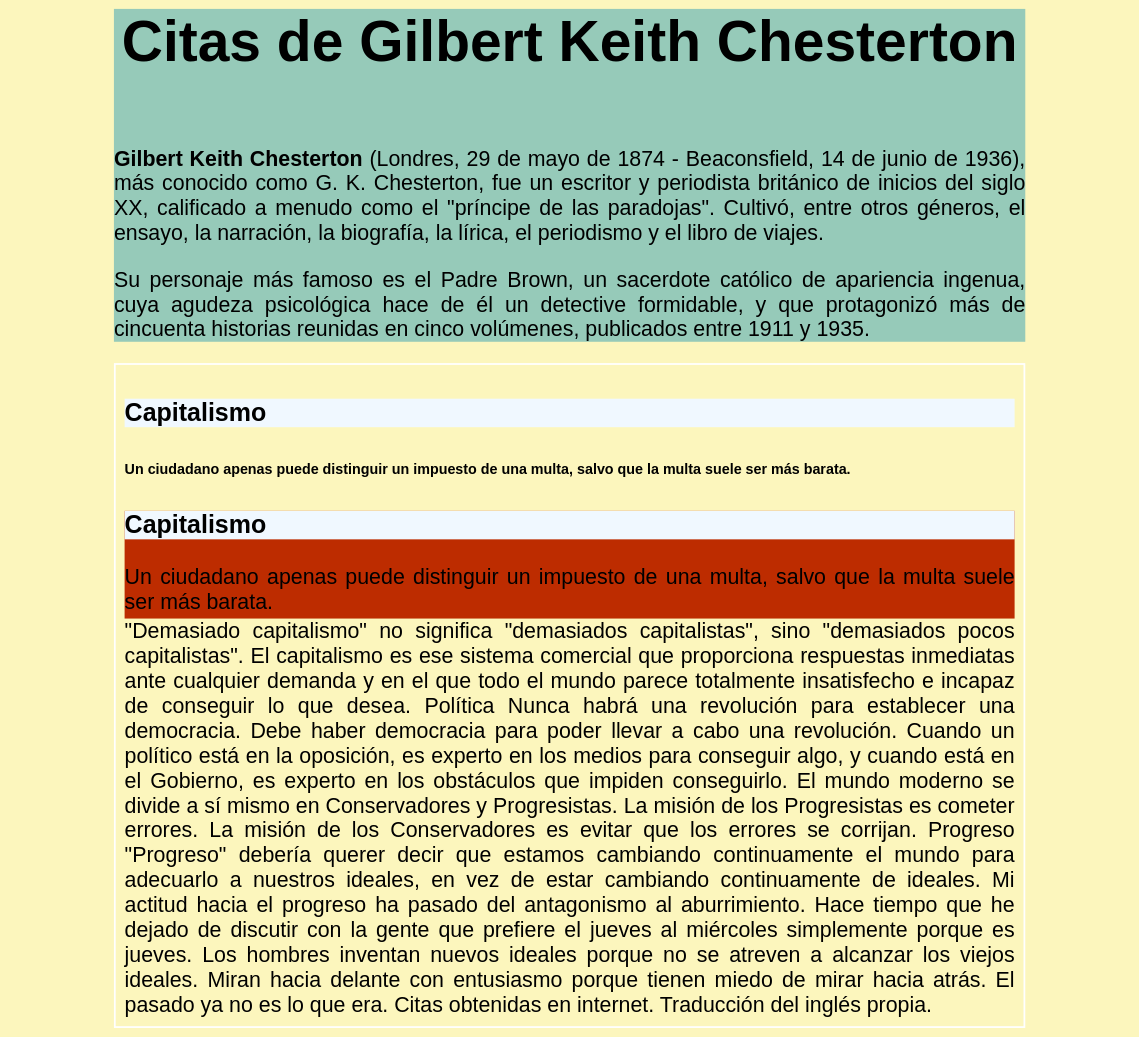
Repository: EmilyMachuca-Developer/Advanced-Programming-Projects
Page: index.html
The author's editor kept a copy of each file at every save. The page is drawn from the files as they stood at one save, then again after the next save.
The browser window is 1280 px wide. The pictures show the whole page, at 89% of full size.

Above is the page before, as saved 2024-02-26 20:30:28.

After the next save:
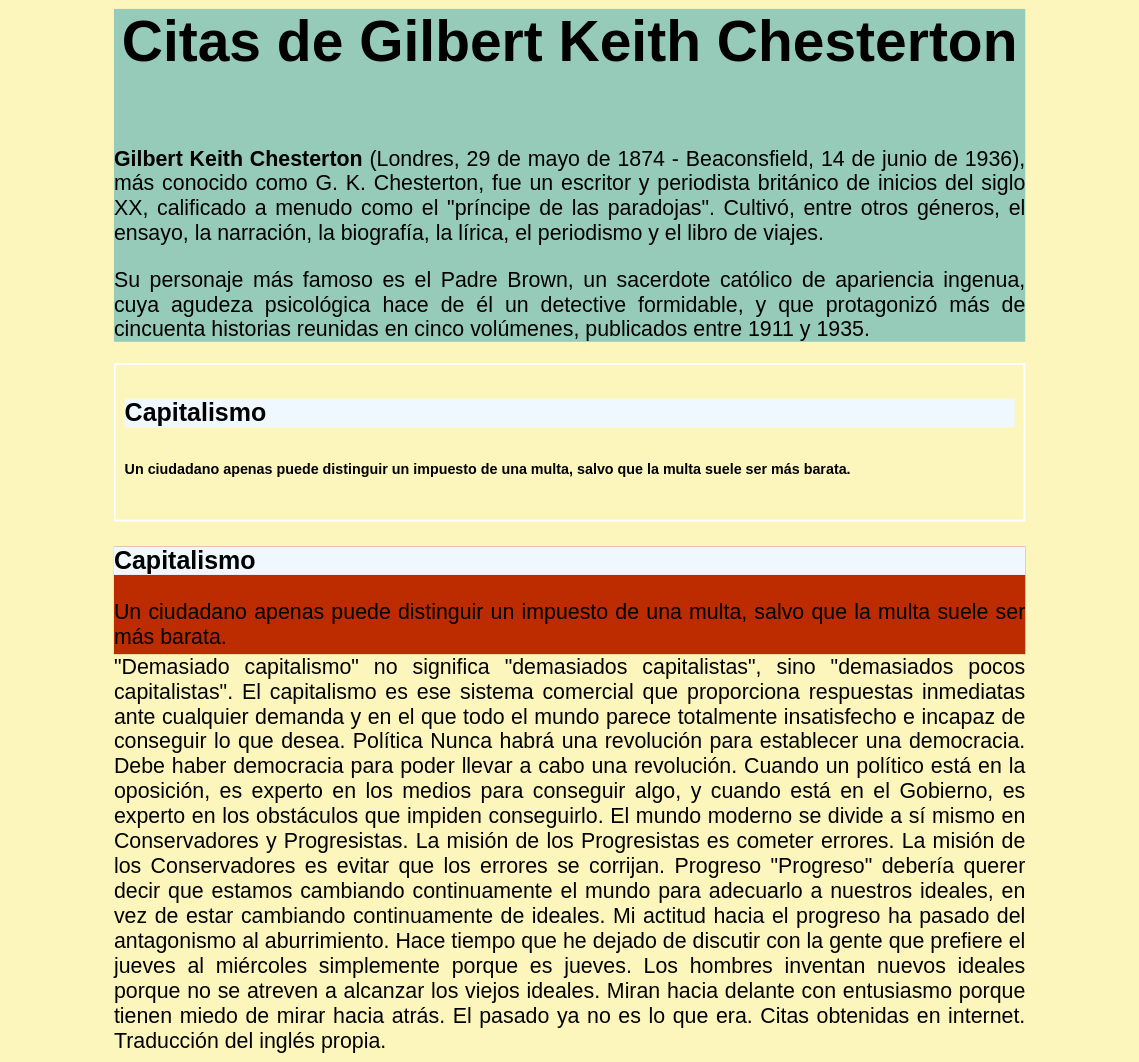
Saved 4 s later.
--- a/index.html
+++ b/index.html
@@ -13,7 +13,7 @@
     </div>
     <main><div style="background-color: aliceblue;"><h3>Capitalismo</h3></div>
 
-        <div><h6>Un ciudadano apenas puede distinguir un impuesto de una multa, salvo que la multa suele ser más barata.</h6><d</main>
+        <div><h6>Un ciudadano apenas puede distinguir un impuesto de una multa, salvo que la multa suele ser más barata.</h6></div></main>
 <section><div style="background-color: aliceblue;"><h3>Capitalismo</h3></div>
 
     <div><h8>Un ciudadano apenas puede distinguir un impuesto de una multa, salvo que la multa suele ser más barata.</h8></div></section>
